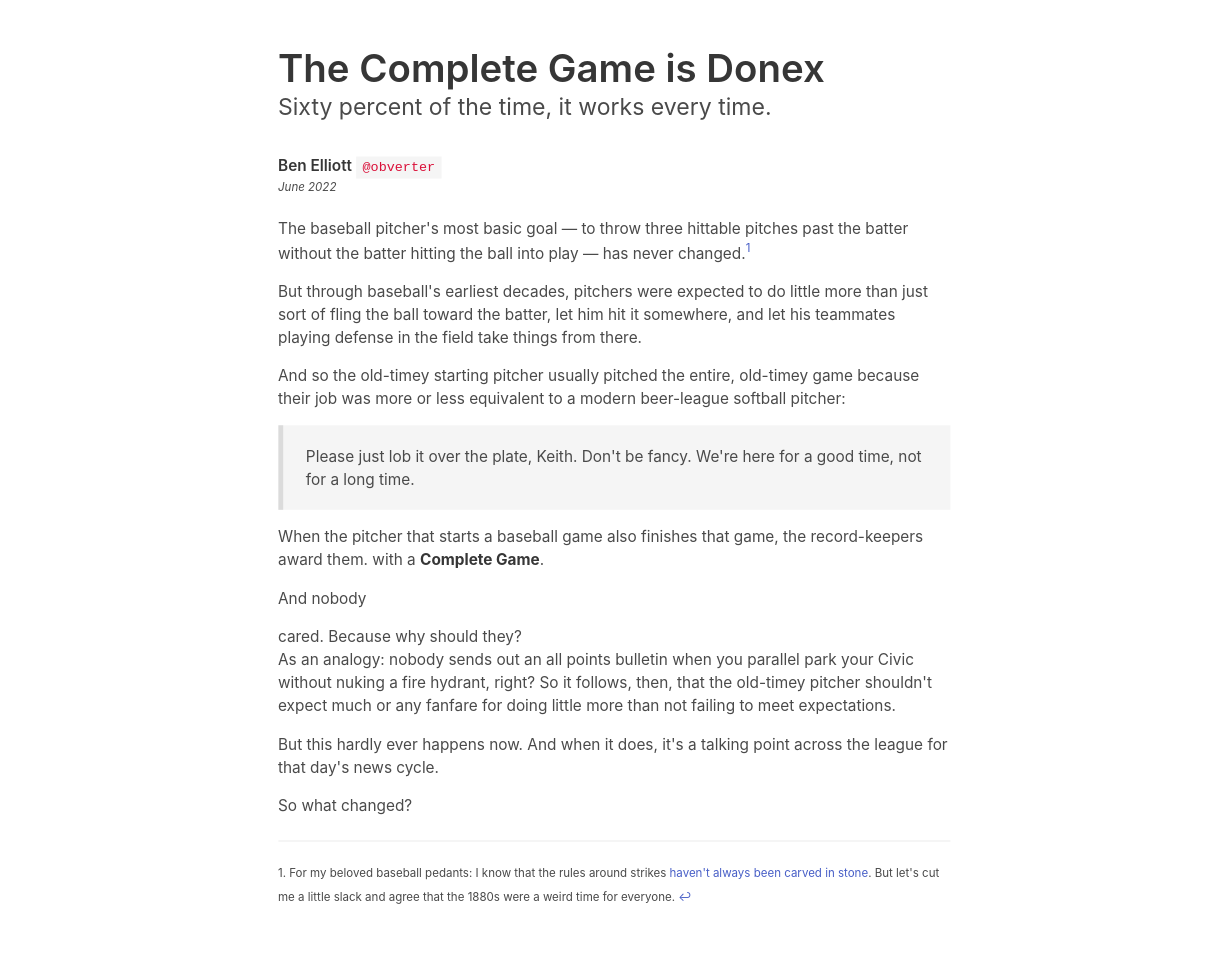
Repository: obverter/complete-games-are-done
Page: index.html
These files come from the project's save history. The page is drawn as it stood at one moment and after the next save; the edit follows.
The browser window is 1280 px wide. The pictures show the whole page, at 96% of full size.

Above is the page before, as saved 2022-06-24 16:56:01.

### index.html
<!DOCTYPE html>
<html>
    <head>
        <meta charset="utf-8" />
        <meta name="viewport" content="width=device-width, initial-scale=1" />
        <title>Story!</title>
        <!-- todo: Title above is the text in the browser tab. -->
        <link
            rel="stylesheet"
            href="https://cdn.jsdelivr.net/npm/bulma@0.9.4/css/bulma.min.css"
        />
    </head>
    <body>
        <section class="section">
            <div class="content is-0">
                <div class="columns">
                    <div class="column is-one-fifth"></div>
                    <div class="column is-three-fifths">
                        <h1 class="title is-2">The Complete Game is Donex</h1>
                        <!-- todo: Title above is the Content title. -->
                        <p class="subtitle is-4">
                            Sixty percent of the time, it works every time.
                            <!-- todo: Subtitle above is the Content subtitle. -->
                        </p>
                    </div>
                    <!-- <div class="column is-one-fifth"></div> -->
                </div>
            </div>
            <div class="columns">
                <div class="column is-one-fifth"></div>
                <div class="column is-three-fifths">
                    <h6 class="title is-6">
                        Ben Elliott <code>@obverter</code>
                    </h6>
                    <h6 class="subtitle is-7"><em>June 2022</em></h6>
                    <div class="content">
                        <p>
                            The baseball pitcher's most basic goal — to throw three
                            hittable pitches past the batter without the batter
                            hitting the ball into play — has never changed.<sup><a href="#fn1" id="ref1">1</a></sup>
                        </p>
                        <p>
                            But through baseball's earliest decades, pitchers were expected to do little more than
                            just sort of fling the ball toward the batter, let
                            him hit it somewhere, and let his teammates playing defense in the field take things from there.
                        </p>
                        <p>
                            And so the old-timey starting pitcher usually
                            pitched the entire, old-timey game because their job was more or less equivalent to a modern beer-league softball pitcher:
                        </p>
                            <blockquote>Please just lob it over the plate, Keith. Don't be fancy. We're here for a good time, not for a long time.</blockquote>
                        <p>
                            When the pitcher that starts a baseball game also
                            finishes that game, the record-keepers award them.
                            with a <strong>Complete Game</strong>.

                        </p>
                            <p>And nobody</p>
                            cared. Because why should they?
                        <p>
                            As an analogy: nobody sends out an all points
                            bulletin when you parallel park your Civic without
                            nuking a fire hydrant, right? So it follows, then,
                            that the old-timey pitcher shouldn't expect much or
                            any fanfare for doing little more than not failing
                            to meet expectations.
                        </p>
                        <p>
                            But this hardly ever happens now. And when it does,
                            it&#39;s a talking point across the league for that
                            day&#39;s news cycle.
                        </p>
                        <p>So what changed?</p>

                        <hr></hr>

<sup id="fn1">1. For my beloved baseball pedants: I know that the rules around strikes <a href="https://www.baseball-almanac.com/articles/strike_zone_rules_history.shtml">haven't always been carved in stone</a>. But let's cut me a little slack and agree that the 1880s were a weird time for everyone. <a href="#ref1" title="Jump back to footnote 1 in the text.">↩</a></sup>
                    </div>
                </div>
                <div class="column is one-fifth"></div>
            </div>
        </section>
    </body>
</html>

After the next save:
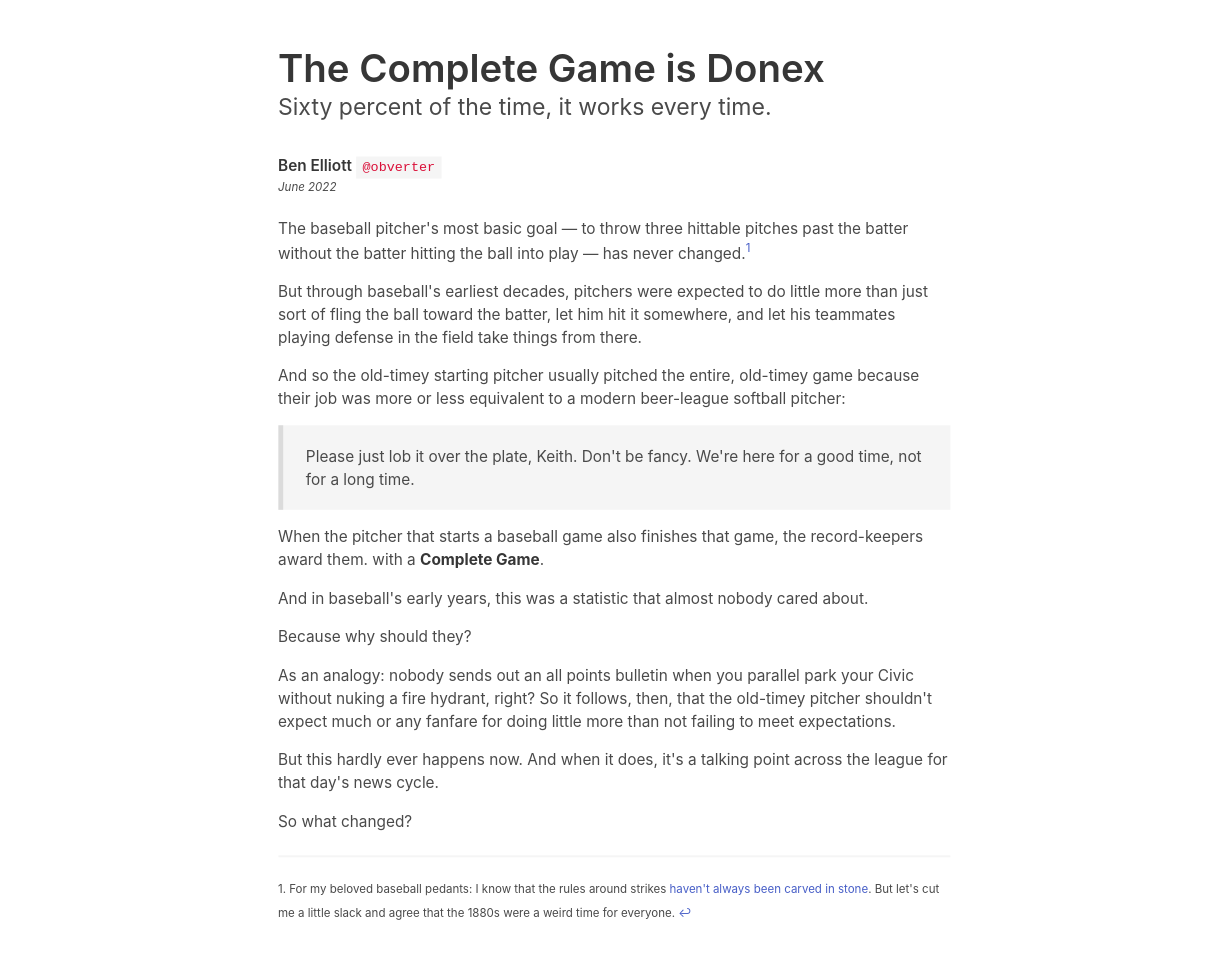
Saved 76 s later.
--- a/index.html
+++ b/index.html
@@ -53,12 +53,12 @@
                             When the pitcher that starts a baseball game also
                             finishes that game, the record-keepers award them.
                             with a <strong>Complete Game</strong>.
+                        </p>
+                            <p>And in baseball's early years, this was a statistic that almost nobody cared about.</p>
+                            <p>
+                            Because why should they?</p>
 
-                        </p>
-                            <p>And nobody</p>
-                            cared. Because why should they?
-                        <p>
-                            As an analogy: nobody sends out an all points
+                            <p>As an analogy: nobody sends out an all points
                             bulletin when you parallel park your Civic without
                             nuking a fire hydrant, right? So it follows, then,
                             that the old-timey pitcher shouldn't expect much or
